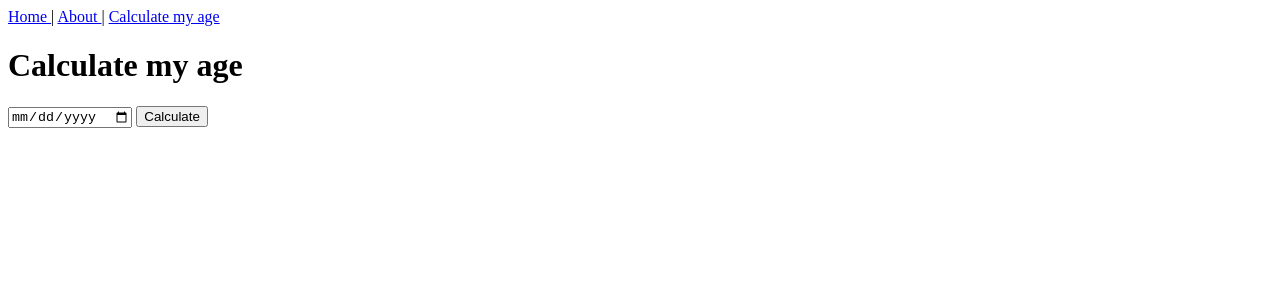
Repository: fahjan/routs-project
Page: http://localhost/date_of_birth
An editor plug-in stored every save of this project. The page is shown before and after the next save, followed by the edit.
The browser window is 1280 px wide. The pictures show the whole page.
Some web fonts or font styles are not loaded; a fallback is used. The page is served by the project's Laravel application, run on PHP 8.4 with Laravel 12.

Above is the page before, as saved 2025-12-27 08:41:06.

After the next save:
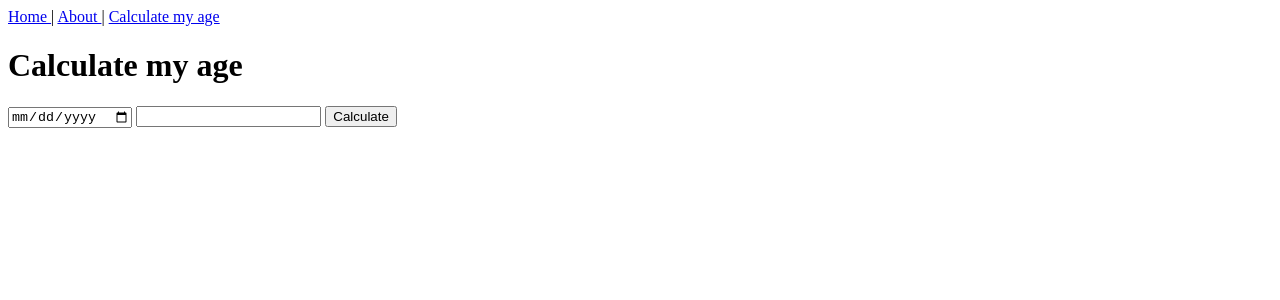
Saved 54 s later.
--- a/resources/views/date_of_birth_form.blade.php
+++ b/resources/views/date_of_birth_form.blade.php
@@ -7,6 +7,7 @@
         @csrf
         <input type="date" name="date_of_birth" value="">
 
+        <input type="text" name="your_name">
         <button type="submit">Calculate</button>
     </form>
 
